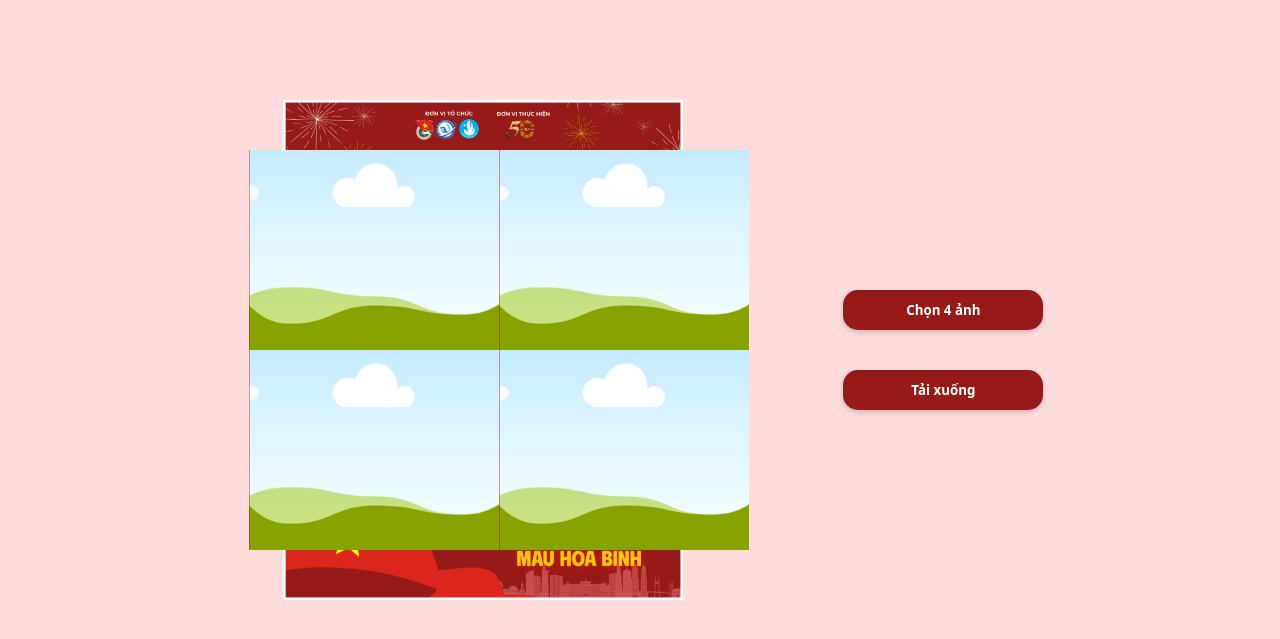
Repository: nguyentambinh/tuoitretdmu
Page: http://localhost/
An editor plug-in stored every save of this project. The page is shown before and after the next save, followed by the edit.
The browser window is 1280 px wide. The pictures show the whole page.
The page is run by PHP 8.4 with error messages shown; the project is at /var/www/html/.

Above is the page before, as saved 2025-04-10 14:06:57.
Console error: TypeError: Cannot read properties of null (reading 'addEventListener')

### index.php
<!DOCTYPE html>
<html lang="en">
<head>
    <meta charset="UTF-8">
    <meta name="viewport" content="width=device-width, initial-scale=1.0">
    <link rel="stylesheet" href="main.css">
    <script src="main.js"></script>
    <title></title>
</head>
<body>
    <div class = "container-box">
        <div class="background-box">
            <div class="picture-box">
                <img src="/picture/1.png" alt="" class="img-sub w-full h-[150px] object-cover rounded">
                <img src="/picture/2.png" alt="" class="img-sub w-full h-[150px] object-cover rounded">
                <img src="/picture/3.png" alt="" class="img-sub w-full h-[150px] object-cover rounded">
                <img src="/picture/4.png" alt="" class="img-sub w-full h-[150px] object-cover rounded">
            </div>
        </div>
        <div class="control-box">
            <button id="btn-add-picture" class=" btn-custom">
                Chọn 4 ảnh
            </button>
            <button class="btn-custom btn-dowload-picture">Tải xuống</button>
        </div>
    </div>
</body>



</html>

### main.css
body {
    background-color: #ffdcdc;
    margin: 0;
    padding: 0;
    display: flex;
    justify-content: center;
    margin-top: 100px;
}

.container-box {
    display: grid;
    grid-template-columns: 1fr 0.5fr;
    gap: 20px;
    width: 900px;
    max-width: 100%;
}



.background-box {
    display: flex;
    align-items: center;
    justify-content: center;
    background-position: center;
    background-image: url('./picture/FRAMEPHOTOBOOTH304.png');
    background-size: contain;
    background-repeat: no-repeat;
    gap:0px;
    width: 100%;
    height: 500px;
}
.picture-box{
    display: grid;
    grid-template-columns: 1fr 1fr;
    grid-template-rows: 1fr 1fr;
    width: 80%;
}
.control-box {
    display: flex;
    flex-direction: column;
    align-items: center;
    justify-content: center;
}

.btn-custom {
    background-color: #961A17;
    border-radius: 15px;
    font-weight: bold;
    font-family: system-ui;
    width: 200px;
    height: 40px;
    color: white;
    margin: 20px 0;
    border: none;
    box-shadow: 0 2px 5px rgba(0,0,0,0.2);
    cursor: pointer;
}
@media screen and (max-width: 720px) {
    .container-box {
        grid-template-columns: 1fr;
        grid-template-rows: auto auto;
        width: 100%;
        padding: 0 10px;
        margin: 5px 0;
    }

    .control-box {
        align-items: center;
    }
    .btn-custom{
        width: 300px;
    }
}
.img-sub{
    width: 250px;
    height: 200px;
    background-size: contain;
}

### main.js

  document.getElementById("btn-add-picture").addEventListener("click", function () {
    const input = document.createElement("input");
    input.type = "file";
    input.accept = "image/*";
    input.multiple = true;
    input.style.display = "none";
    input.addEventListener("change", function (e) {
      const files = e.target.files;
      const imgElements = document.querySelectorAll(".background-box .img-sub");

      for (let i = 0; i < imgElements.length; i++) {
        if (files[i]) {
          const reader = new FileReader();
          reader.onload = function (event) {
            imgElements[i].src = event.target.result;
          };
          reader.readAsDataURL(files[i]);
        } else {
          imgElements[i].src = "";
        }
      }
    });

    document.body.appendChild(input);
    input.click();
    input.remove();
  });

After the next save:
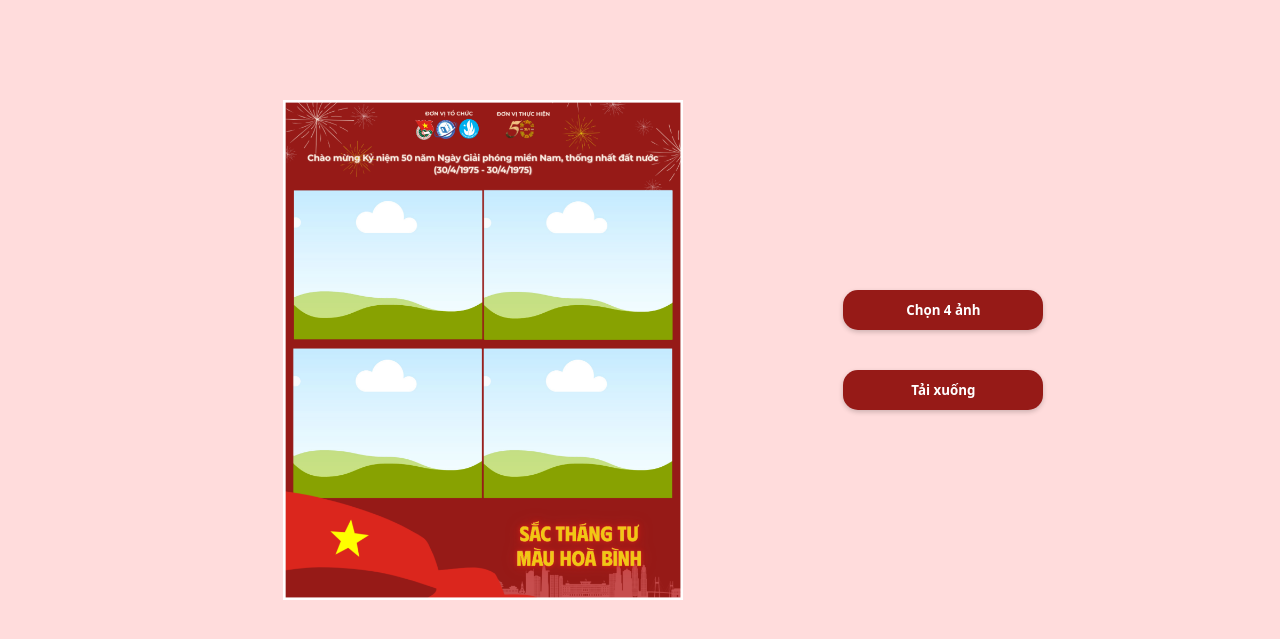
Saved 21 s later.
--- a/index.php
+++ b/index.php
@@ -11,10 +11,10 @@
     <div class = "container-box">
         <div class="background-box">
             <div class="picture-box">
-                <img src="/picture/1.png" alt="" class="img-sub w-full h-[150px] object-cover rounded">
+                <!-- <img src="/picture/1.png" alt="" class="img-sub w-full h-[150px] object-cover rounded">
                 <img src="/picture/2.png" alt="" class="img-sub w-full h-[150px] object-cover rounded">
                 <img src="/picture/3.png" alt="" class="img-sub w-full h-[150px] object-cover rounded">
-                <img src="/picture/4.png" alt="" class="img-sub w-full h-[150px] object-cover rounded">
+                <img src="/picture/4.png" alt="" class="img-sub w-full h-[150px] object-cover rounded"> -->
             </div>
         </div>
         <div class="control-box">

After the save that followed:
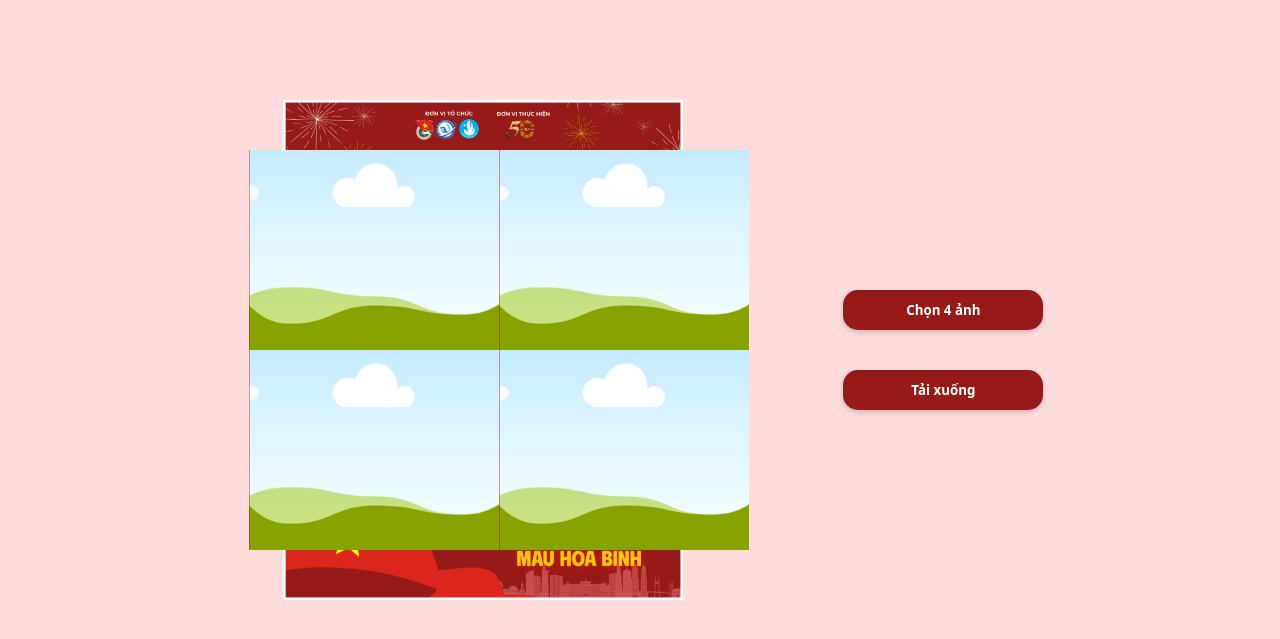
Saved 2 min 24 s later.
--- a/index.php
+++ b/index.php
@@ -11,10 +11,10 @@
     <div class = "container-box">
         <div class="background-box">
             <div class="picture-box">
-                <!-- <img src="/picture/1.png" alt="" class="img-sub w-full h-[150px] object-cover rounded">
+                <img src="/picture/1.png" alt="" class="img-sub w-full h-[150px] object-cover rounded">
                 <img src="/picture/2.png" alt="" class="img-sub w-full h-[150px] object-cover rounded">
                 <img src="/picture/3.png" alt="" class="img-sub w-full h-[150px] object-cover rounded">
-                <img src="/picture/4.png" alt="" class="img-sub w-full h-[150px] object-cover rounded"> -->
+                <img src="/picture/4.png" alt="" class="img-sub w-full h-[150px] object-cover rounded">
             </div>
         </div>
         <div class="control-box">
